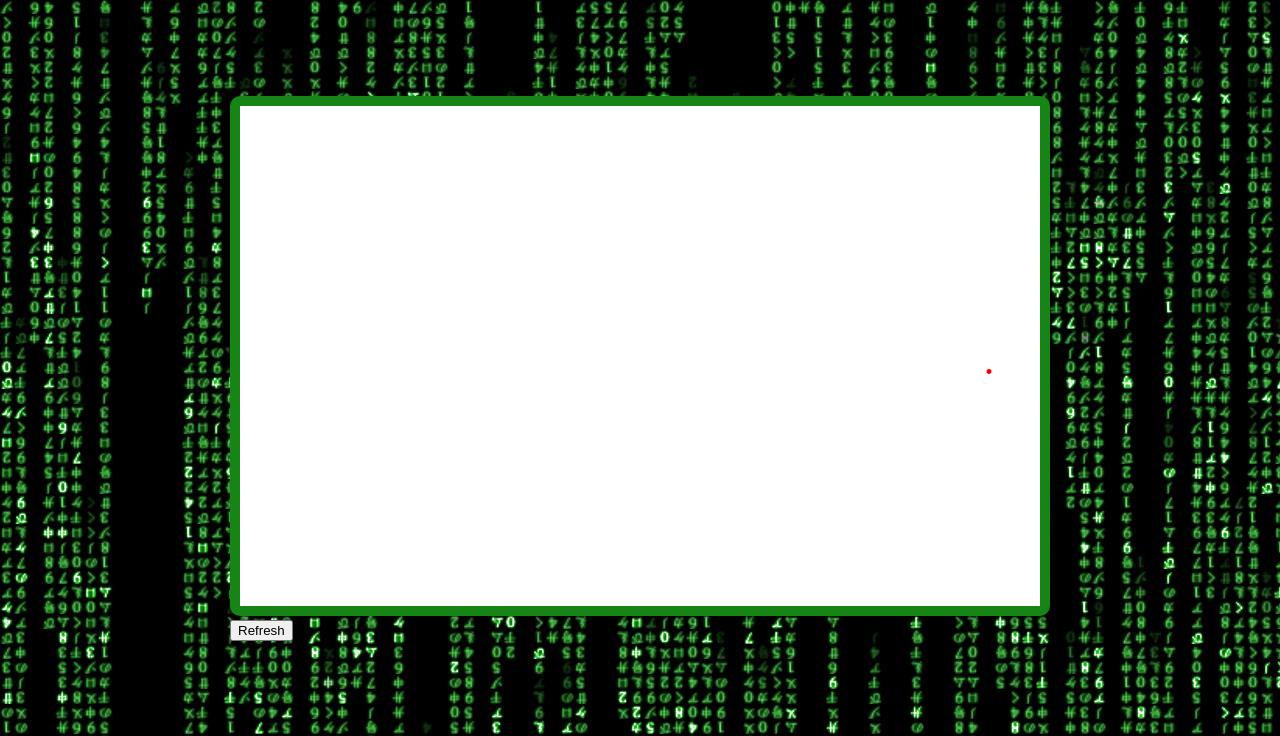
Repository: spidero7/Sketch-Canva
Page: index.html
An editor plug-in stored every save of this project. The page is shown before and after a run of saves, followed by the edit.
The browser window is 1280 px wide. The pictures show the whole page.

Above is the page before, as saved 2021-09-05 11:56:15.

### index.html
<!DOCTYPE html>
<html lang="en">
<head>
    <meta charset="UTF-8">
    <meta http-equiv="X-UA-Compatible" content="IE=edge">
    <meta name="viewport" content="width=device-width, initial-scale=1.0">
    <title>Document</title>
    <link rel="stylesheet" href="style.css">
</head>
<body>
    <div class="canvasWrap">
        <canvas width="1600" height="1000" id="etch-a-sketch"></canvas>
        <div class="buttons">
            <button class="refresh-btn">Refresh</button>
        </div>
    </div>
    <script src="script.js"></script>
</body>
</html>

### style.css
body {
    min-height: 100vh;
    display: grid;
    align-items: center;
    justify-items: center;
    background: url(matrix.jpg)
}

canvas {
    border: solid 10px rgb(22, 133, 22);
    width: 80%;
    height: 500px;
    width: 800px;
    border-radius: 10px;
    background-color: white;
}

canvas.shake {
    animation: shake 0.5s linear 1;
}

@keyframes shake {
    10%,
    90% {
      transform: translate3d(-1px, 0, 0);
    }

    20%,
    80% {
      transform: translate3d(2px, 0, 0);
    }

    30%,
    50%,
    70% {
      transform: translate3d(-4px, 0, 0);
    }

    40%,
    60% {
      transform: translate3d(4px, 0, 0);
    }
  }

### script.js
// Select elements on the page - canvas, shake button
const shakeButton = document.querySelector('.refresh-btn');
const canvas = document.querySelector('#etch-a-sketch');
const ctx = canvas.getContext('2d');
const MOVE_AMOUNT = 10;

// Setup our canvas for drawing
// Make a variable called height and width from the saome properties on our canvas
const { width, height } = canvas;

// Create random x and y starting points on the canvas
let x = Math.floor(Math.random() * width);
let y = Math.floor(Math.random() * height);

ctx.lineJoin = 'round';
ctx.lineCap = 'round';
ctx.lineWidth = MOVE_AMOUNT;

let hue = 0;

ctx.strokeStyle = `hsl(${hue}, 100%, 50%)`;
ctx.beginPath(); // start the drawing
ctx.moveTo(x, y);
ctx.lineTo(x, y);
ctx.stroke();

// Write a draw function
function draw({ key }) {
    // increment the hue
    hue += 5;
    ctx.strokeStyle = `hsl(${hue}, 100%, 50%)`;
    console.log(key);
    // start the pat
    ctx.beginPath()
    ctx.moveTo(x, y)
    // move our x and y values depending on what the user did
    switch (key) {
        case 'ArrowUp':
            y -= MOVE_AMOUNT;
            break;
        case 'ArrowDown':
            y += MOVE_AMOUNT;
            break;
        case 'ArrowLeft':
            x -= MOVE_AMOUNT;
            break;
        case 'ArrowRight':
            x += MOVE_AMOUNT;
            break;
            default:
                break;
    }
    ctx.lineTo(x, y);
    ctx.stroke();
}

// Write a handler for the keys
function handleKey(e) {
    if (e.key.includes('Arrow')) {
        e.preventDefault();
        draw({ key: e.key});
    }
}

// Clean/refresh function
function clearCanvas() {
    canvas.classList.add('shake');
    ctx.clearRect(0, 0, width, height);
    canvas.addEventListener('animationend', function(){
        console.log("Done the shake!")
        canvas.classList.remove('shake');
    }, { once: true});
}

// Listen for arrow keys
window.addEventListener('keydown', handleKey);
shakeButton.addEventListener('click', clearCanvas);

After the next 2 saves:
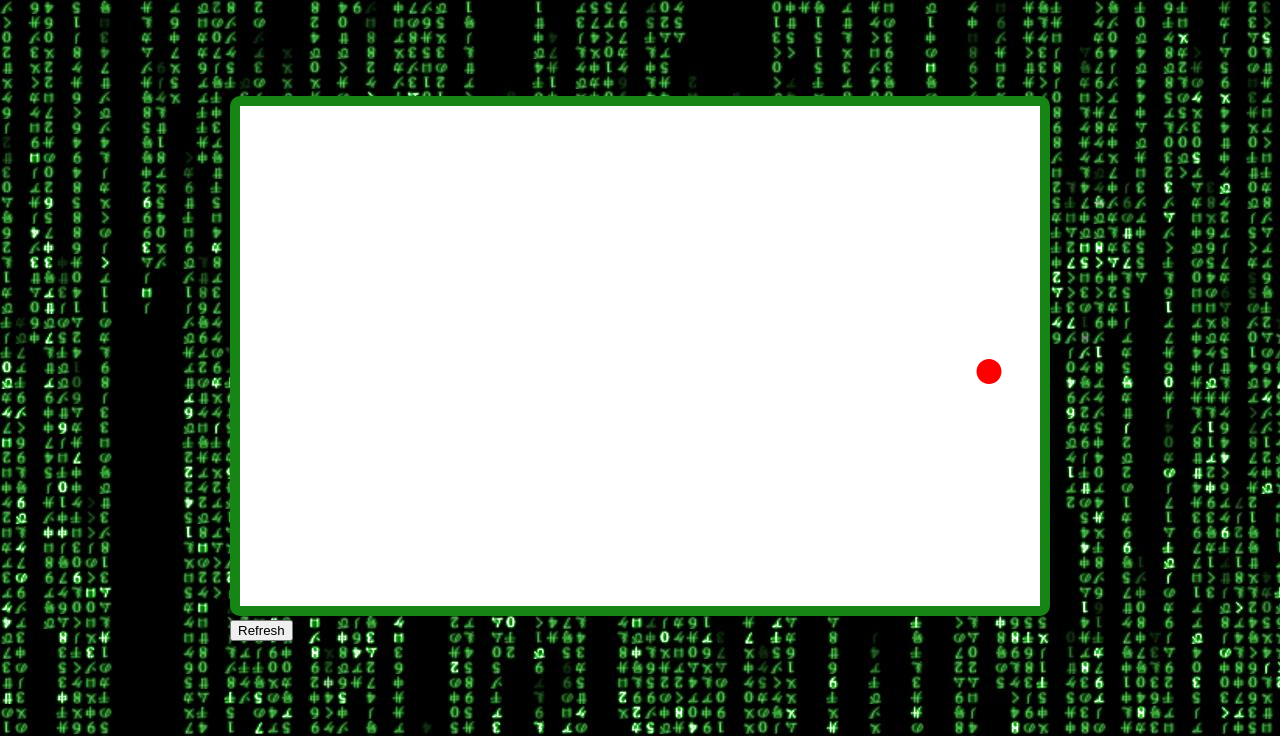
The 2 saves are shown as one change because they came seconds apart.
The last was saved 94 s later.
--- a/script.js
+++ b/script.js
@@ -2,7 +2,7 @@
 const shakeButton = document.querySelector('.refresh-btn');
 const canvas = document.querySelector('#etch-a-sketch');
 const ctx = canvas.getContext('2d');
-const MOVE_AMOUNT = 10;
+const MOVE_AMOUNT = 50;
 
 // Setup our canvas for drawing
 // Make a variable called height and width from the saome properties on our canvas
